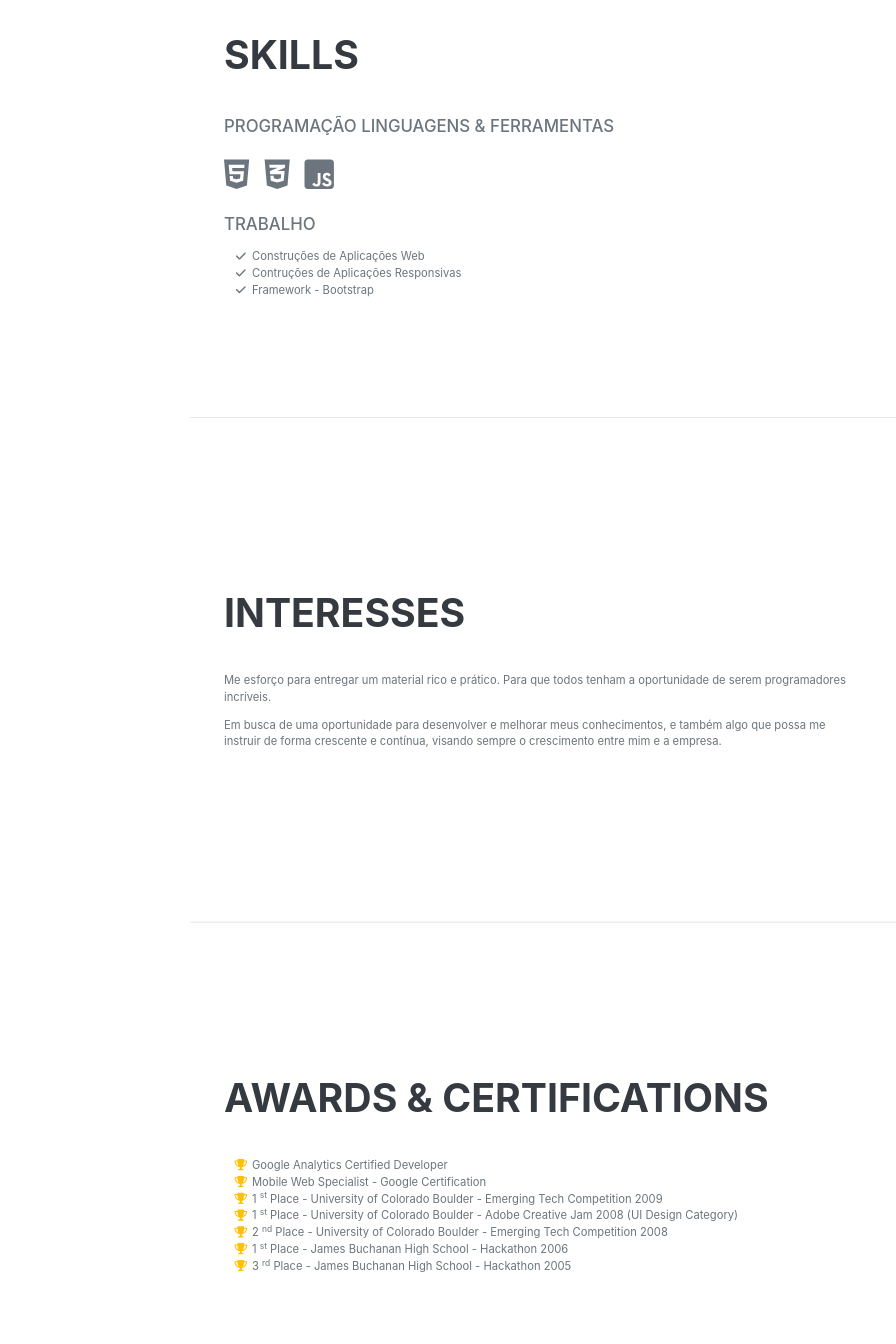
Repository: JuniorRoth/Curriculo-Web
Page: public/index.html
These files come from the project's save history. The page is drawn as it stood at one moment and after the next save; the edit follows.
The browser window is 1280 px wide. The pictures show the part of the page from y = 2287 to 4207 px (the page is 4325 px tall), at 70% of full size.
Some web fonts or font styles are not loaded; a fallback is used. Some web libraries are served in a nearby version.

Above is the page before, as saved 2023-02-08 09:38:49.

After the next save:
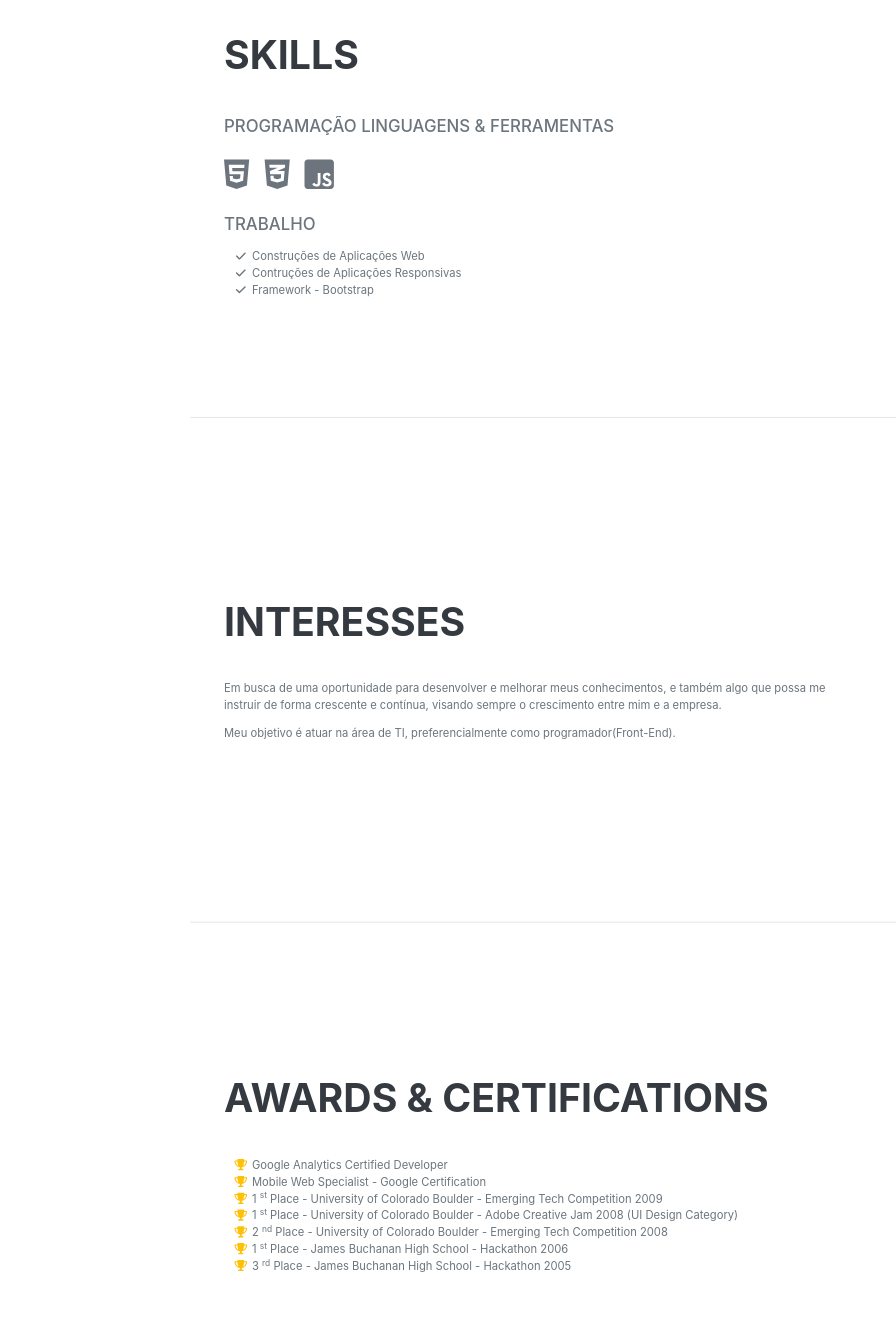
Saved 4 min 35 s later.
--- a/public/index.html
+++ b/public/index.html
@@ -123,8 +123,8 @@
             <section class="resume-section" id="interests">
                 <div class="resume-section-content">
                     <h2 class="mb-5">Interesses</h2>
-                    <p>Me esforço para entregar um material rico e prático. Para que todos tenham a oportunidade de serem programadores incríveis.</p>
-                    <p class="mb-0">Em busca de uma oportunidade para desenvolver e melhorar meus conhecimentos, e também algo que possa me instruir de forma crescente e contínua, visando sempre o crescimento entre mim e a empresa.</p>
+                    <p>Em busca de uma oportunidade para desenvolver e melhorar meus conhecimentos, e também algo que possa me instruir de forma crescente e contínua, visando sempre o crescimento entre mim e a empresa.</p>
+                    <p class="mb-0">Meu objetivo é atuar na área de TI, preferencialmente como programador(Front-End).</p>
                 </div>
             </section>
             <hr class="m-0" />
